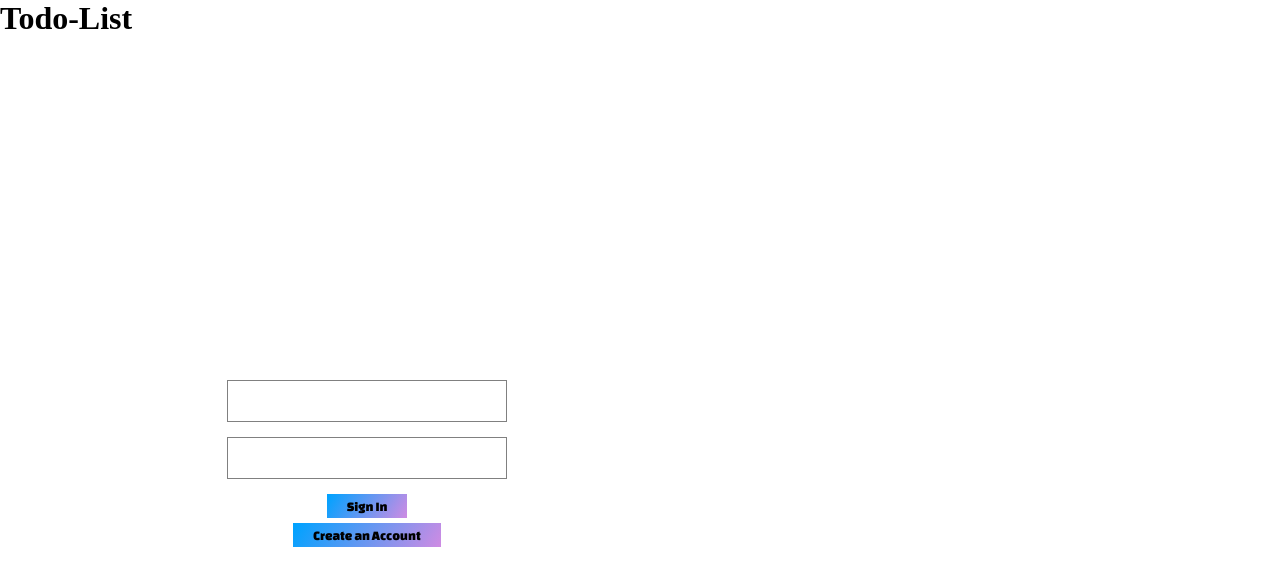
Repository: itadori17/final-fire-todo
Page: /homepage
An editor plug-in stored every save of this project. The page is shown before and after the next save, followed by the edit.
The browser window is 1280 px wide. The pictures show the whole page.
The project was rebuilt for these pictures with package versions that can differ from the ones it lists, and the page was loaded fresh each time. Also part of the build but not shown: src/App.css, src/components/homepage.css, src/components/Register.js.

Above is the page before, as saved 2022-07-08 14:49:06.

### src/index.css
*{
  margin: 0;
  padding: 0 ;

}

### src/App.js
import './App.css';
import Welcome from './components/Welcome';
import Homepage from './components/Homepage';
import Register from './components/Register';
import { BrowserRouter as Router,
Routes,
Route

} from "react-router-dom";


function App() {
  return (
    <div className="app">
      <Router>
        <Routes>
          <Route path="/" element={<Welcome/>}  />
          <Route path="/homepage" element={<Homepage/>}/>
          <Route path="/register" element={<Register/>}/>
        </Routes>
      </Router>
    </div>
  );
}

export default App;

### src/components/Welcome.js
import React, {useState, useEffect} from 'react';
import { signInWithEmailAndPassword } from 'firebase/auth';
import {auth} from "../firebase"
import { useNavigate} from "react-router-dom";
import "../components/welcome.css";

export default function Welcome() {

    const [email, setEmail] = useState("");
    const [password, setPassword] = useState("");

    const navigate = useNavigate();

    useEffect(() => {
        auth.onAuthStateChanged((user) => {
            if(user){
                navigate('/homepage')
            }
        })
    },[])
    const handleEmailChange = (e) => {
        setEmail(e.target.value);
    }

    const handlePasswordChange = (e) => {
        setPassword(e.target.value);

    }
    const handleSignIn = () => {
        signInWithEmailAndPassword(auth, email, password).then(() => {
            navigate('/homepage')
        })
        .catch((err) => alert(err.message));
    }
    const handleRegister =() =>{
        navigate('/register')
    }

  return (
    <div className='Welcome'>
      <h1>Todo-List</h1>
      <div className='login-register-container'>
        <input
        type="email"
        onChange={handleEmailChange}
        value={email}
         />
        <input
        type="password"
        onChange={handlePasswordChange}
        value={password}
        />
        <button onClick={handleSignIn}>Sign In</button>
        <button onClick={handleRegister}>Create an Account</button>
      </div>
    </div>
  )
}

### src/components/Homepage.js
import React, { useEffect, useState } from "react";
import { signOut, onAuthStateChanged } from "firebase/auth";
import { auth, db } from "../firebase.js";
import { useNavigate } from "react-router-dom";
import { uid } from "uid";
import { set, ref, onValue, remove, update } from "firebase/database";
import "../components/homepage.css";
import AddIcon from "@mui/icons-material/Add";
import EditIcon from "@mui/icons-material/Edit";
import DeleteIcon from "@mui/icons-material/Delete";
import LogoutIcon from '@mui/icons-material/Logout';
import CheckIcon from '@mui/icons-material/Check';


export default function Homepage() {
  const [todo, setTodo] = useState("");
  const [todos, setTodos] = useState([]);
  const [isEdit, setIsEdit] = useState(false);
  const [tempUidd, setTempUidd] = useState("");
  const navigate = useNavigate();
  const [date, setDate] = useState(Date(new Date));

  useEffect(() => {
    auth.onAuthStateChanged((user) => {
      if (user) {
        // read
        onValue(ref(db, `/${auth.currentUser.uid}`), (snapshot) => {
          setTodos([]);
          const data = snapshot.val();
          if (data !== null) {
            Object.values(data).map((todo) => {
              setTodos((oldArray) => [...oldArray, todo]);
            });
          }
        });
      } else if (!user) {
        navigate("/");
      }
    });
  }, []);

  const handleSignOut = () => {
    signOut(auth)
      .then(() => {
        navigate("/");
      })
      .catch((err) => {
        alert(err.message);
      });
  };

  // add
  const writeToDatabase = () => {
    const uidd = uid();
    set(ref(db, `/${auth.currentUser.uid}/${uidd}`), {
      todo: todo,
      uidd: uidd,
      date: date
    });

    setTodo("");
  };

  // update
  const handleUpdate = (todo) => {
    setIsEdit(true);
    setTodo(todo.todo);
    setTempUidd(todo.uidd);
    setDate(todo.date);
  };

  const handleEditConfirm = () => {
    update(ref(db, `/${auth.currentUser.uid}/${tempUidd}`), {
      todo: todo,
      tempUidd: tempUidd,
      date: date
    });

    setTodo("");
    setIsEdit(false);
    setDate(todo.date);
  };

  // delete
  const handleDelete = (uid) => {
    remove(ref(db, `/${auth.currentUser.uid}/${uid}`));
  };

  return (
    <div className="homepage">
      <input
        className="add-edit-input"
        type="text"
        placeholder="Add todo..."
        value={todo}
        onChange={(e) => setTodo(e.target.value)}
      />

      {todos.map((todo) => (
        <div className="todo">
          <h1>{todo.todo}</h1><h1>{todo.date}</h1>
          <EditIcon
            fontSize="large"
            onClick={() => handleUpdate(todo)}
            className="edit-button"
          />
          <DeleteIcon
            fontSize="large"
            onClick={() => handleDelete(todo.uidd)}
            className="delete-button"
          />
        </div>
      ))}

      {isEdit ? (
        <div>
        <CheckIcon onClick={handleEditConfirm} className="add-confirm-icon"/>
        </div>
      ) : (
        <div>
          <AddIcon onClick={writeToDatabase} className="add-confirm-icon" />
        </div>
      )}
        <LogoutIcon onClick={handleSignOut} className="logout-icon" />
    </div>
  );
}

### src/firebase.js
import { initializeApp } from "firebase/app";
import {getDatabase} from "firebase/database";
import { getAuth } from "firebase/auth";
// TODO: Add SDKs for Firebase products that you want to use
// https://firebase.google.com/docs/web/setup#available-libraries

// Your web app's Firebase configuration
const firebaseConfig = {
  apiKey: "AIzaSyDFbgHMD7suXl5B7iWCmD08tB8GdcNIpKQ",
  authDomain: "final-todo-4c36a.firebaseapp.com",
  databaseURL: "https://final-todo-4c36a-default-rtdb.firebaseio.com",
  projectId: "final-todo-4c36a",
  storageBucket: "final-todo-4c36a.appspot.com",
  messagingSenderId: "788256568715",
  appId: "1:788256568715:web:c725f28a40386fddd82b8e"
};

// Initialize Firebase
const app = initializeApp(firebaseConfig);

export const db = getDatabase(app);
export const auth = getAuth();

### src/components/welcome.css
@import url("https://fonts.googleapis.com/css2?family=Changa+One&display=swap");

.welcome {
    height: 100vh;
    weight: 100vw;
    background: linear-gradient(122.19deg, #77b0df 1.89%, #04c4ff 113.56%);
    display: flex;
    align-items: center;
    justify-content: center;
    flex-direction: column;
    position: relative;
}

.welcome > h1 {
  font-family: "Changa One";
  font-weight: normal;
  font-size: 144px;
  left: 46px;
  top: 155px;
  position: center;
  color: white;
}

.login-register-container {
  position: absolute;
  display: flex;
  align-items: center;
  justify-content: center;
  flex-direction: column;
  padding: 20px 50px;
  left: 150px;
  top: 360px;
  background: #ffffff;
}

.login-register-container > input {
  height: 30px;
  width: 80%;
  border: 1px solid gray;
  outline: none;
  margin-bottom: 15px;
  font-size: 25px;
  padding: 5px;
}

.login-register-container > button {
  padding: 5px 20px;
  border: none;
  margin-bottom: 5px;
  font-family: "Changa One";
  cursor: pointer;
}
.create-account-button{
    background: linear-gradient(122.19deg, #00a2ff 1.89%, #ec88df 113.56%);
    font-size: 20px;
    margin-top: 10px;
    font-family: "Changa One";
    font-weight: normal;
    color: white;
}
button {
    background: linear-gradient(122.19deg, #00a2ff 1.89%, #ec88df 113.56%);
    padding: 5px 20px;
    border: none;
    margin-bottom: 5px;
    cursor: pointer;
  }
.sign-in-register-button {
  background: linear-gradient(122.19deg, #00a2ff 1.89%, #ec88df 113.56%);
  font-size: 20px;
  margin-top: 10px;
  font-family: "Changa One";
  font-weight: normal;
  color: white;
}

Loaded but not shown: public/index.html (common file); src/index.js (common file); src/reportWebVitals.js (common file)

After the next save:
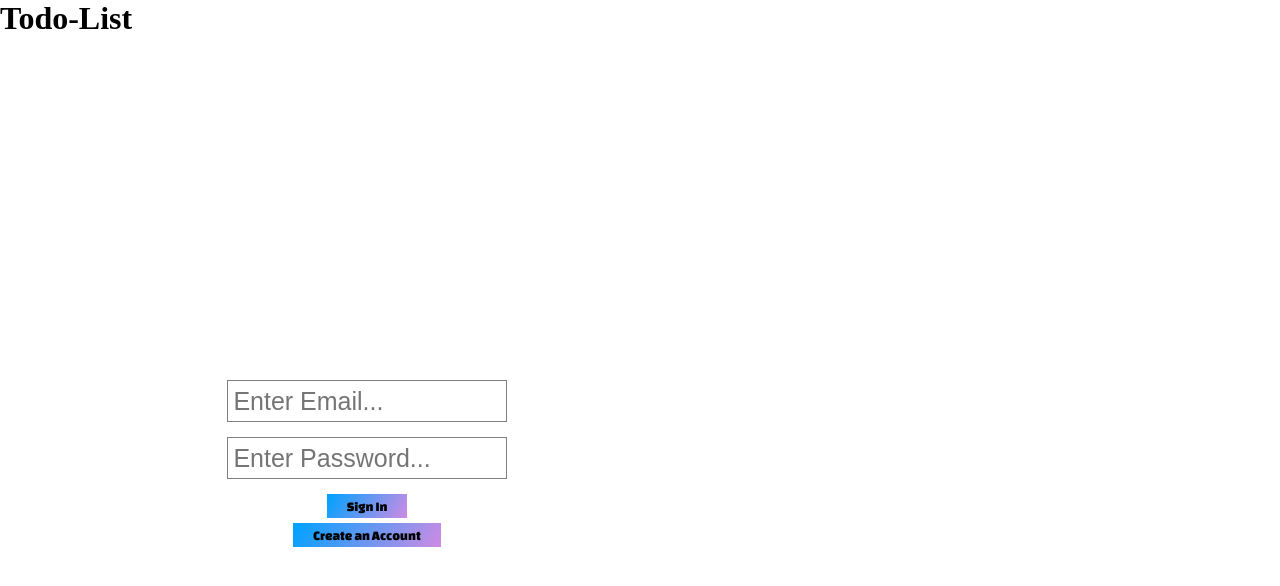
Saved 52 s later.
--- a/src/components/Welcome.js
+++ b/src/components/Welcome.js
@@ -42,11 +42,13 @@ export default function Welcome() {
       <div className='login-register-container'>
         <input
         type="email"
+        placeholder='Enter Email...'
         onChange={handleEmailChange}
         value={email}
          />
         <input
         type="password"
+        placeholder='Enter Password...'
         onChange={handlePasswordChange}
         value={password}
         />
